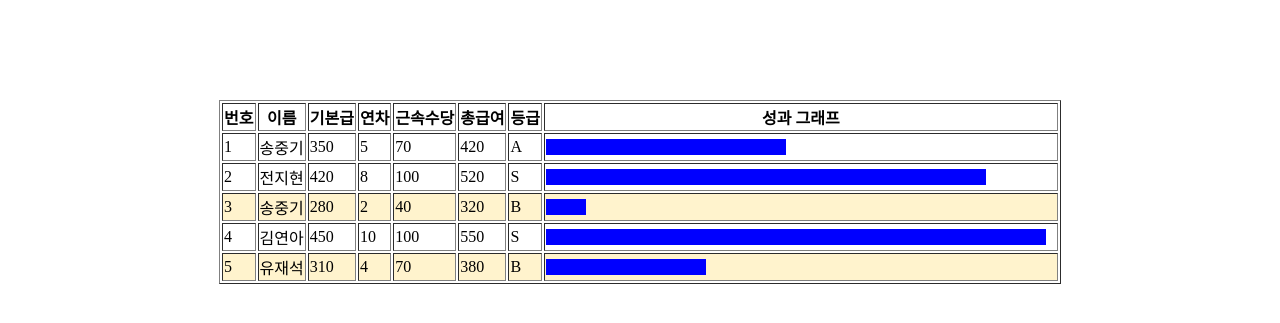
Repository: kkw3202/Jsp2026
Page: http://localhost/chapter01/exsample_salary.jsp
These files come from the project's save history. The page is drawn as it stood at one moment and after the next save; the edit follows.
The browser window is 1280 px wide. The pictures show the whole page.
The page is served by Tomcat 9.

Above is the page before, as saved 2026-10-16 07:35:43.

### chapter01/src/main/webapp/exsample_salary.jsp
<%@ page language="java" contentType="text/html; charset=UTF-8"
    pageEncoding="UTF-8" import="java.util.*"%>
<!DOCTYPE html>
<html>
<head>
<meta charset="UTF-8">
<title>Insert title here</title>
</head>
<body>
	<table border="1px" style="margin: 100px auto;">
		<thead>
			<tr>
				<th>번호</th>
				<th>이름</th>
				<th>기본급</th>
				<th>연차</th>
				<th>근속수당</th>
				<th>총급여</th>
				<th>등급</th>
				<th>성과 그래프</th>
			</tr>
		</thead>
		<tbody>
			<%!
				String[] names = {"송중기","전지현","송중기","김연아","유재석"};
				int[] basePays = {350, 420, 280, 450, 310};
				int[] years = {5, 8, 2, 10, 4};
			%>

			<%!
				public int getBonus(int year){
					return (year >= 7 ? 100 :
								year >= 4 ? 70 : 40);
				}
				public int getTotalPay(int basePay, int bonus){
					return basePay + bonus;
				}
				public String getGrade(int totalPay){
					return (totalPay >= 500 ? "S" :
								totalPay >= 400 ? "A" :
									totalPay >= 300 ? "B" : "C");
				}
			%>

			<%
				for(int i = 0; i<names.length; i++){
					int bonus = getBonus(years[i]);
					int totalPay = getTotalPay(basePays[i], bonus);
			%>
			<tr style='background-color: <%= totalPay < 400 ? "#fff3cd" : "" %>' >
				<td><%= i+1 %></td>
				<td><%= names[i] %></td>
				<td><%= basePays[i] %></td>
				<td><%= years[i] %></td>
				<td><%= bonus %></td>
				<td><%= totalPay %></td>
				<td><%= getGrade(totalPay) %></td>
				<td><div style='width: <%= (totalPay - 300)*2 %>px; height: 16px; background-color: blue; margin-right:10px;'></div></td>
			</tr>
			<%
				}
			%>

		</tbody>
	</table>
</body>
</html>

After the next save:
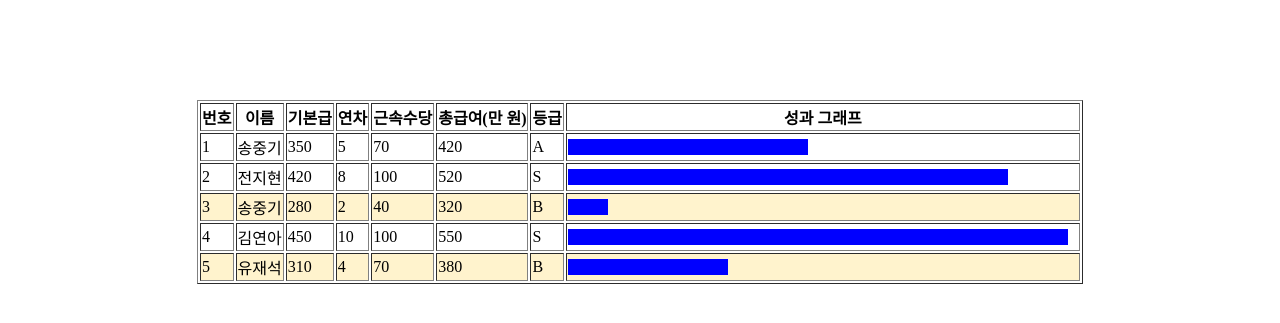
Saved 34 s later.
--- a/chapter01/src/main/webapp/exsample_salary.jsp
+++ b/chapter01/src/main/webapp/exsample_salary.jsp
@@ -15,7 +15,7 @@
 				<th>기본급</th>
 				<th>연차</th>
 				<th>근속수당</th>
-				<th>총급여</th>
+				<th>총급여(만 원)</th>
 				<th>등급</th>
 				<th>성과 그래프</th>
 			</tr>
